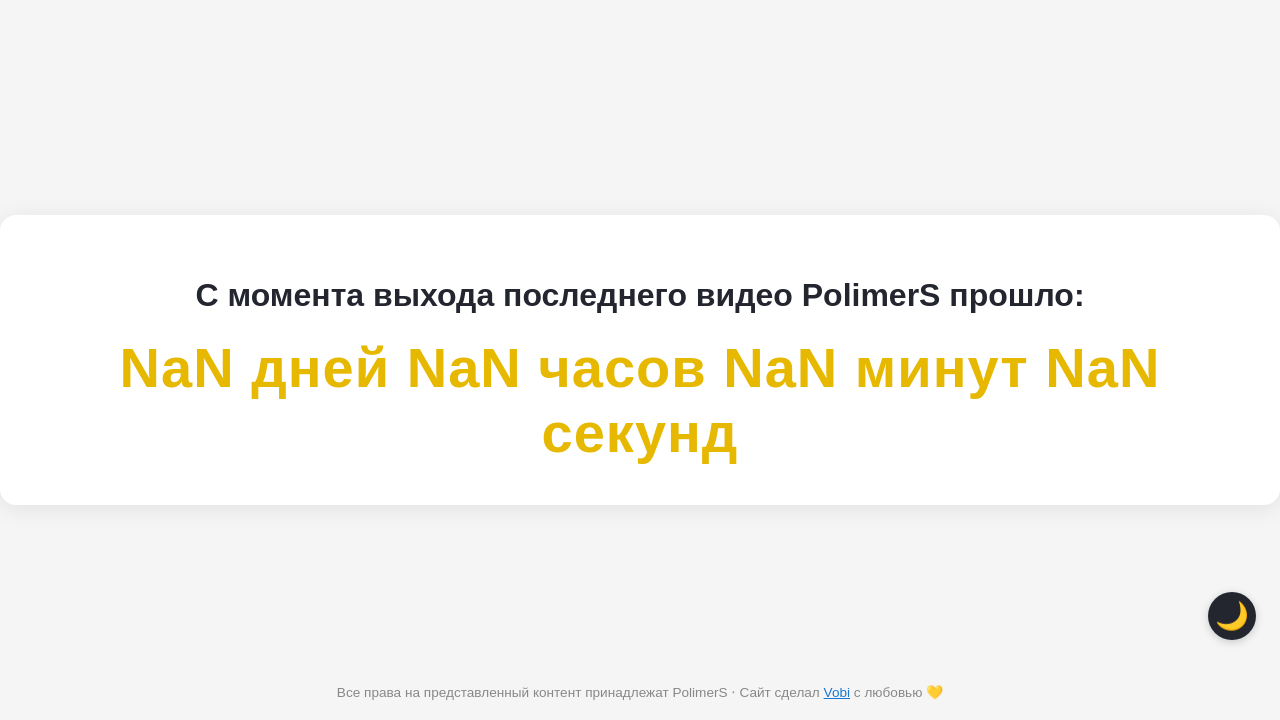
Repository: oncube-dev/OnCube-dev_website
Page: timer_from_Poli_video/app/templates/index.html
These files come from the project's save history. The page is drawn as it stood at one moment and after the next save; the edit follows.
The browser window is 1280 px wide. The pictures show the whole page.

Above is the page before, as saved 2025-07-18 01:30:09.

After the next save:
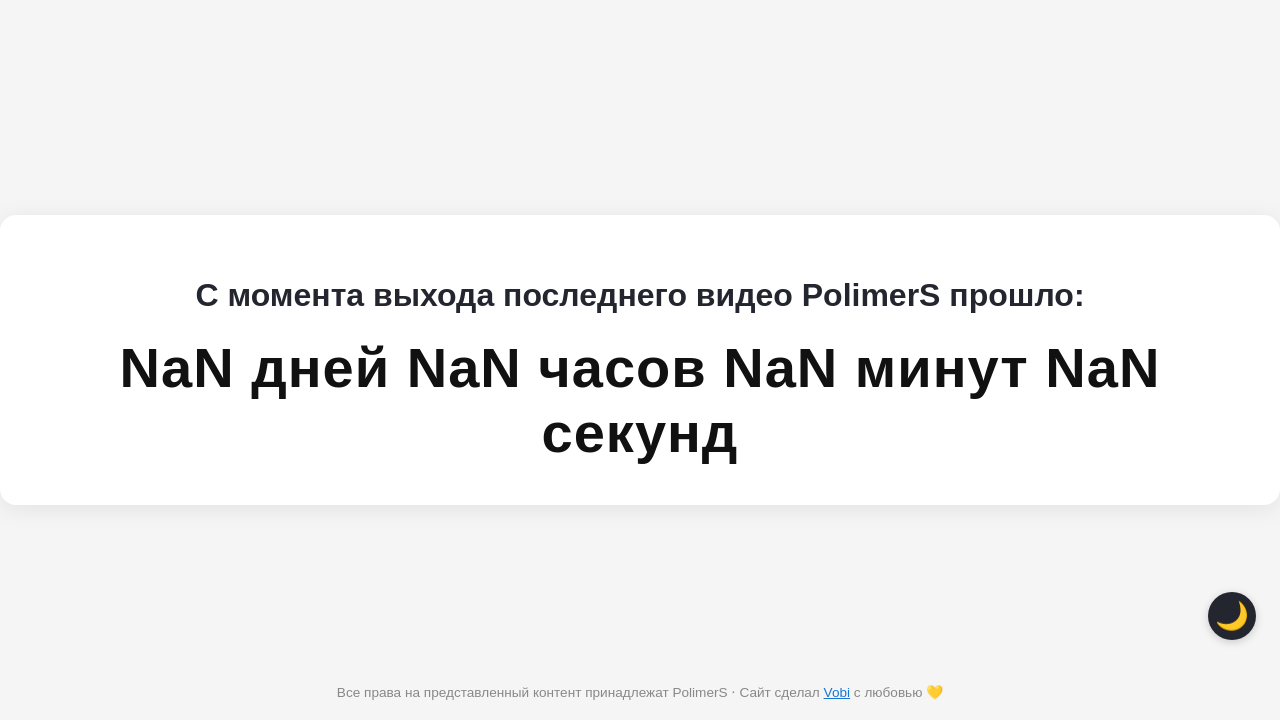
Saved 3 min 40 s later.
--- a/timer_from_Poli_video/app/static/style.css
+++ b/timer_from_Poli_video/app/static/style.css
@@ -87,7 +87,7 @@
     color: #23262f;
 }
 #timer {
-    color: #e6b800;
+    color: #111;
 }
 .footer-note {
     color: #888;
